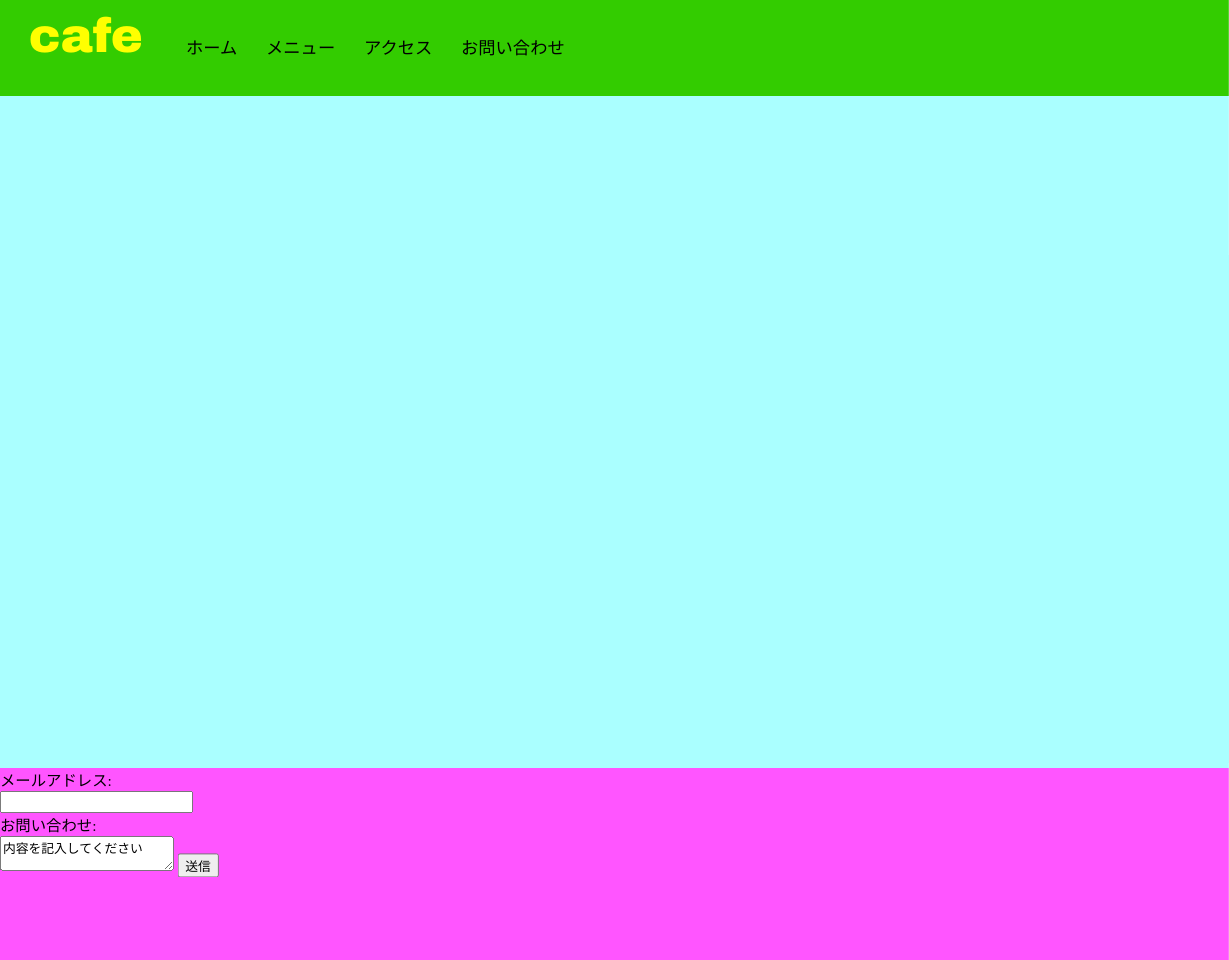
Repository: REO0315/samurai_HTML-CSS
Page: index.html
The author's editor kept a record of every edit. The page is drawn from the files as they stood at one moment, then again after the next edit.
The browser window is 1280 px wide. The pictures show the whole page, at 96% of full size.

Above is the page before.

After the next edit:
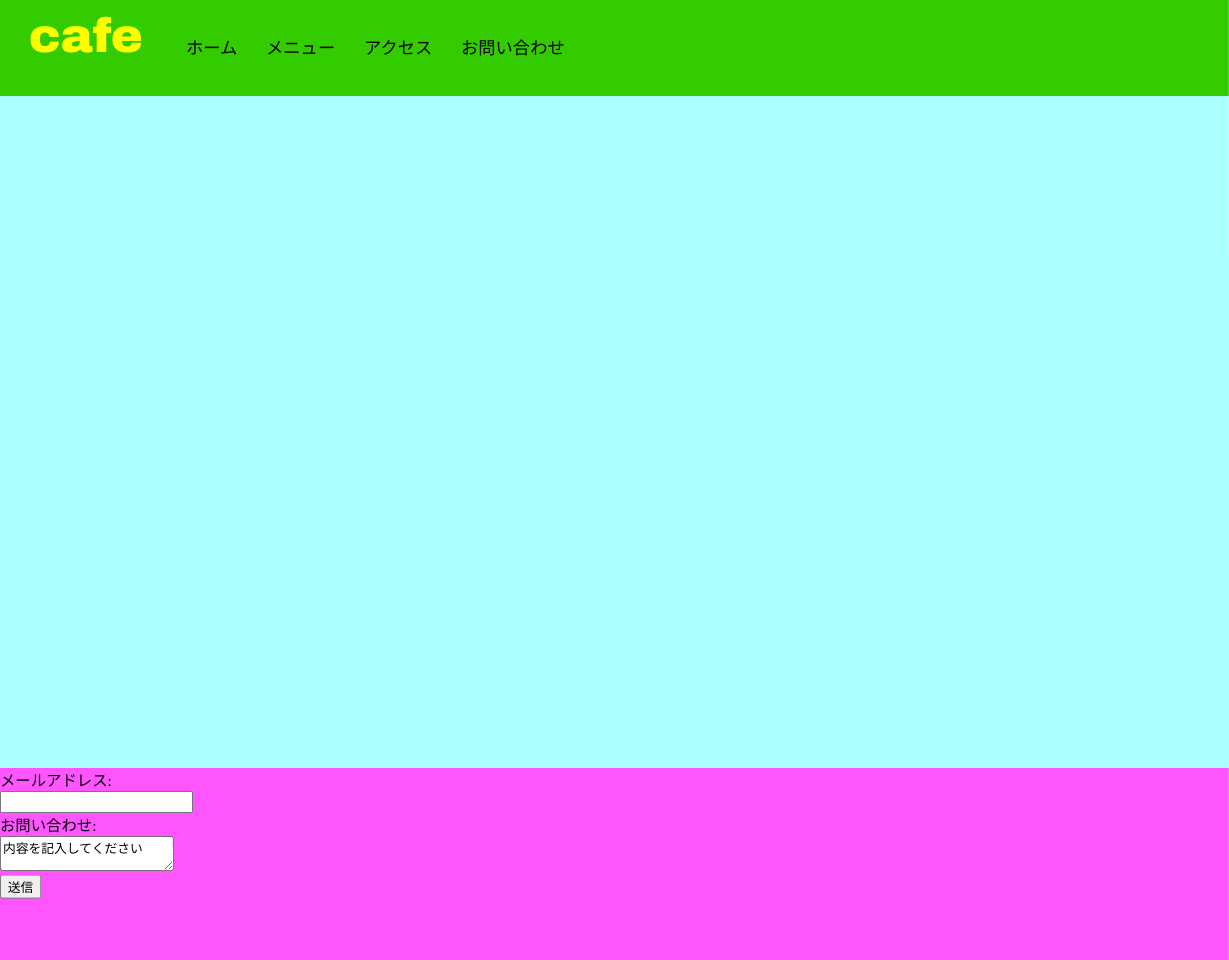
The edit:
--- a/index.html
+++ b/index.html
@@ -29,7 +29,7 @@
    メールアドレス:<br>
    <input type="text" name="mail" class="textbox"><br>
    お問い合わせ:<br>
-   <textarea name="naiyou">内容を記入してください</textarea>
+   <textarea name="naiyou">内容を記入してください</textarea><br>
    <input type="submit" value="送信">
    </div>
 
